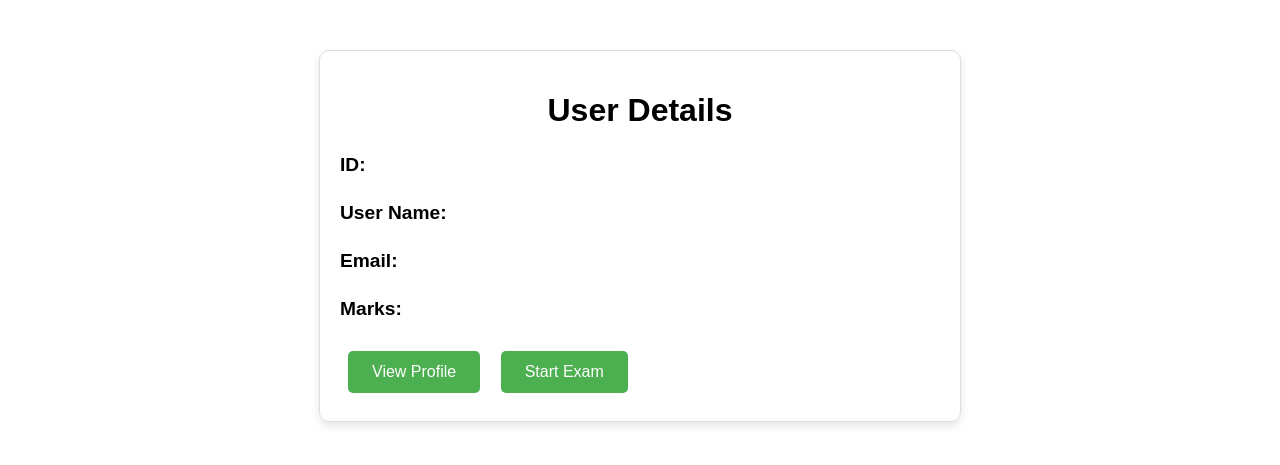
Repository: chetanchavan30/Optifyx
Page: http://localhost/OnlineExaminationSystem/view.jsp
These files come from the project's save history. The page is drawn as it stood at one moment and after the next save; the edit follows.
The browser window is 1280 px wide. The pictures show the whole page.
The page is served by Tomcat 10. Other server files are loaded and not shown.

Above is the page before, as saved 2025-01-25 19:46:17.

### OnlineExaminationSystem/src/main/webapp/view.jsp
<!DOCTYPE html>
<html lang="en">
<head>
<meta charset="UTF-8">
<meta name="viewport" content="width=device-width, initial-scale=1.0">
<title>User Details</title>
<style>
.container {
	max-width: 600px;
	margin: 50px auto;
	padding: 20px;
	border: 1px solid #ddd;
	border-radius: 10px;
	box-shadow: 0 4px 8px rgba(0, 0, 0, 0.1);
	font-family: Arial, sans-serif;
}

.container h1 {
	text-align: center;
}

.user-details {
	margin-top: 20px;
}

.user-details p {
	font-size: 1.2rem;
	line-height: 1.5;
}

.link-button {
	display: inline-block;
	margin: 0.5rem;
	padding: 0.75rem 1.5rem;
	font-size: 1rem;
	color: white;
	background-color: #4CAF50;
	text-decoration: none;
	border-radius: 5px;
	transition: background-color 0.3s;
}

.link-button:hover {
	background-color: #45a049;
}
</style>
</head>
<body>
	<div class="container">
		<h1>User Details</h1>
		<div class="user-details">
			<p>
				<strong>ID:</strong> ${user.uId}
			</p>
			<p>
				<strong>User Name:</strong> ${user.userName}
			</p>
			<p>
				<strong>Email:</strong> ${user.email}
			</p>
			<p>
				<strong>Marks:</strong> ${user.marks}
			</p>
		</div>
		<a href="view" class="link-button">View Profile</a> <a href="exam.jsp"
			class="link-button">Start Exam</a>
	</div>
</body>
</html>

After the next save:
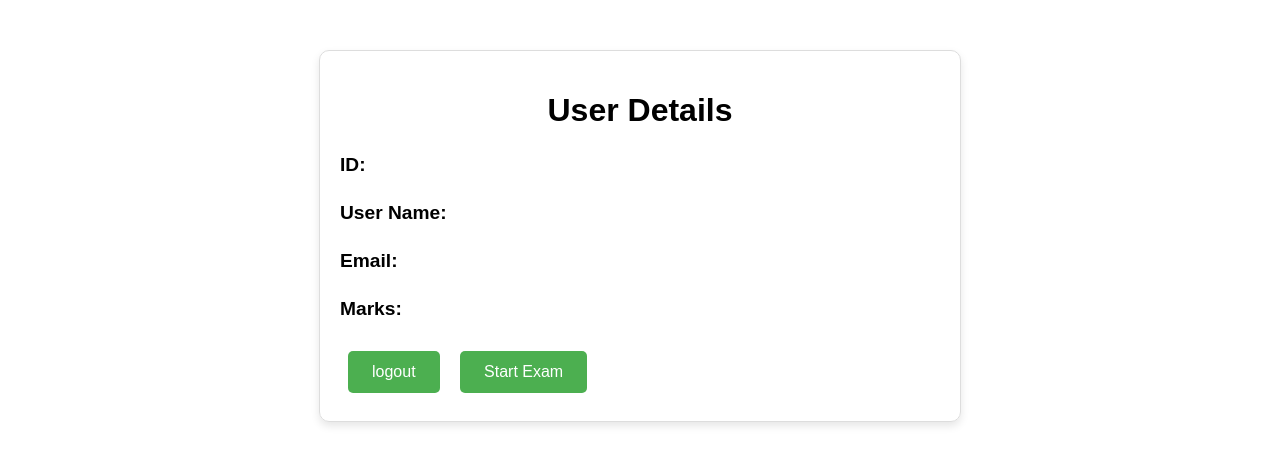
Saved 2 min 42 s later.
--- a/OnlineExaminationSystem/src/main/webapp/view.jsp
+++ b/OnlineExaminationSystem/src/main/webapp/view.jsp
@@ -62,8 +62,8 @@
 				<strong>Marks:</strong> ${user.marks}
 			</p>
 		</div>
-		<a href="view" class="link-button">View Profile</a> <a href="exam.jsp"
-			class="link-button">Start Exam</a>
+		<a href="view" class="link-button">logout</a>
+		<a href="exam.jsp" class="link-button">Start Exam</a>
 	</div>
 </body>
 </html>
